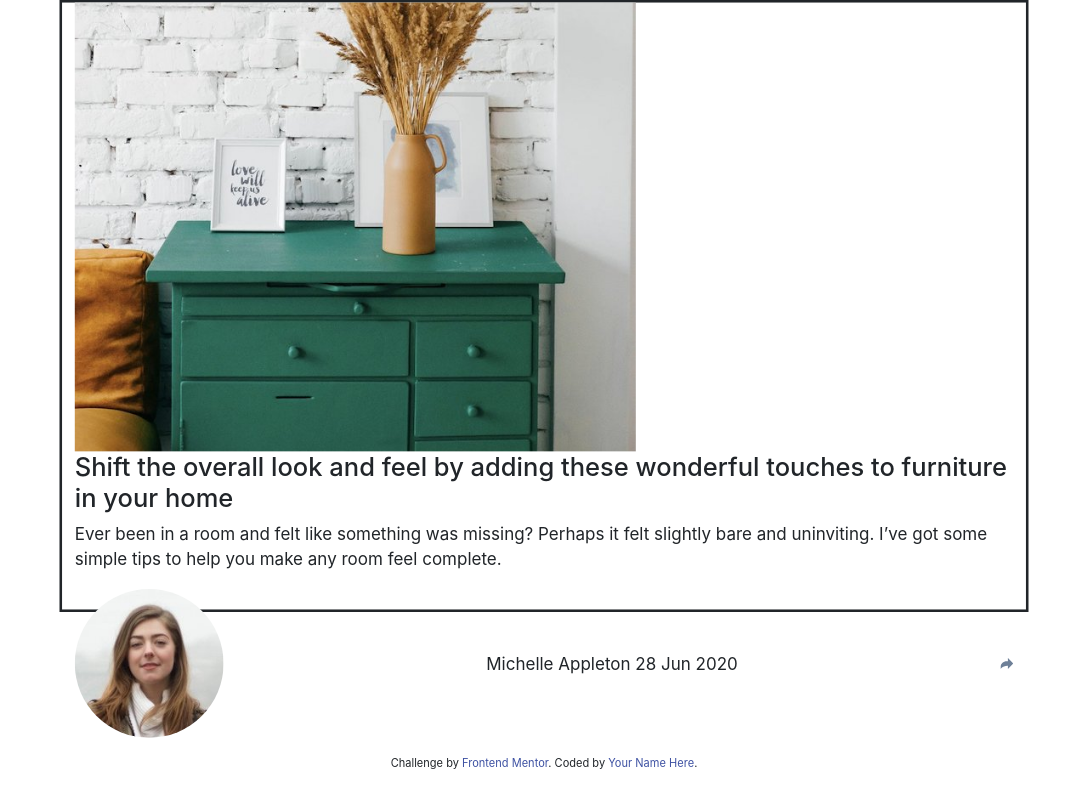
Repository: timiodulate/Article-Preview-Component
Page: index.html
An editor plug-in stored every save of this project. The page is shown before and after a run of saves, followed by the edit.
The browser window is 1280 px wide. The pictures show the whole page, at 85% of full size.

Above is the page before, as saved 2020-07-11 11:30:15.

### index.html
<!DOCTYPE html>
<html lang="en">
<head>
  <meta charset="UTF-8">
  <meta name="viewport" content="width=device-width, initial-scale=1.0"> <!-- displays site properly based on user's device -->

  <link rel="icon" type="image/png" sizes="32x32" href="./images/favicon-32x32.png">

  <!-- Bootstrap -->
  <link rel="stylesheet" href="./css/bootstrap.min.css">

  <!-- Custom Style -->
  <link rel="stylesheet" href="./css/style.css">

  <title>Frontend Mentor | Article preview component</title>
</head>
<body>

  <div class="container d-flex flex-column justify-content-between align-items-center" style="border: solid;">

    <div class="cardContainer d-flex-column align-items-center">

      <div class="imageContainer">

        <img src="./images/drawers.jpg" alt="" class="img-fluid">
      </div>

      <div class="textContainer ">
        <h4>
          Shift the overall look and feel by adding these wonderful
          touches to furniture in your home
        </h4>
        <p>
          Ever been in a room and felt like something was missing? Perhaps
          it felt slightly bare and uninviting. I’ve got some simple tips
          to help you make any room feel complete.
        </p>
        <div class="userDetails d-flex justify-content-between align-items-center">

          <img src="./images/avatar-michelle.jpg" alt="" class="rounded-circle img-fluid">
          <div class="nameDate">
            Michelle Appleton
            28 Jun 2020
          </div>
          <img src="./images/icon-share.svg" alt="">
        </div>
      </div>
    </div>
    <div class="attribution">
      Challenge by <a href="https://www.frontendmentor.io?ref=challenge" target="_blank">Frontend Mentor</a>.
      Coded by <a href="#">Your Name Here</a>.
    </div>
  </>

  <script src="https://code.jquery.com/jquery-3.5.1.slim.min.js" integrity="sha384-DfXdz2htPH0lsSSs5nCTpuj/zy4C+OGpamoFVy38MVBnE+IbbVYUew+OrCXaRkfj" crossorigin="anonymous"></script>
  <script src="./js/bootstrap.min.js"></script>
</body>
</html>

### css/style.css
@import url('http://fonts.googleapis.com/css?family=Raleway:400|Open+Sans:500');

/* Global Resets */
* {
    padding: 0;
    margin: 0;
    box-sizing: border-box;
}

html {
    font-size: 20px;

    /* font-family */
    --header: Raleway;
    --body: Open Sans;

    /* font-weight */
    --normal: 400;
    --bold: 700;

    /* color */
    --footer: hsl(243, 87%, 12%);
    --last-section: hsl(238, 22%, 44%);
    --button: hsl(224, 93%, 58%);
    --anchor: hsl(170, 45%, 43%);
    --card-bg: hsl(240, 75%, 98%);
    --placeholder: hsl(0, 0%, 75%);
    --text: white;
}

/* Dark mode */
/* html[data-theme = 'dark'] {

} */

body {
    height: 100vh;
    width: 100vw;
    /* background-image: url(../images/bg-intro-desktop.png); */
    /* background-color: var(--red); */
    /* background-blend-mode: screen; */
}

button {
    cursor: pointer;
    padding: 12px 50px;
    border: none;
    border-radius: .3rem;
    font-size: .7rem;
    font-family: var(--header), sans-serif;

    background-color: var(--button);
    color: white;
}

ul {
    list-style: none;
}

li {
    text-decoration: none;
}

a  {
    text-decoration: none;
}



/* header */
.container {
    width: 100%;
    height: 100%;
}

/* nav */



/* main */


/* section */



/* footer */
footer .footer-container {
    display: grid;
    grid-template-columns: repeat(4, 1fr);
    margin-bottom: 30px;
}
.attribution {
    font-size: 13px;
    text-align: center;
    /* color: var(--text); */
    padding: 20px;
}
.attribution a {
    color: hsl(228, 45%, 44%);
    text-decoration: none;
}



/* Media Queries - Responsiveness */
/* LG - Large Screen */
/* @media only screen and (max-width: 992px) {

} */

/* MD - Medium Screen */
/* @media only screen and (max-width: 765px) {
    body {
        justify-content: initial;
	height: fit-content;
    }

    footer .footer-container {
        grid-template-columns: 1fr;
        margin-bottom: 20px;
        row-gap: 15px;
    }

    .attribution {
        font-size: .6rem;
        padding: 20px 10px;
        color: white;
    }
} */

/* SM - Small Screen */
/* @media only screen and (max-width: 576px){

} */


/* @timiodulate css template */

Loaded but not shown: css/bootstrap.min.css (library); js/bootstrap.min.js (library)

After the next 2 saves:
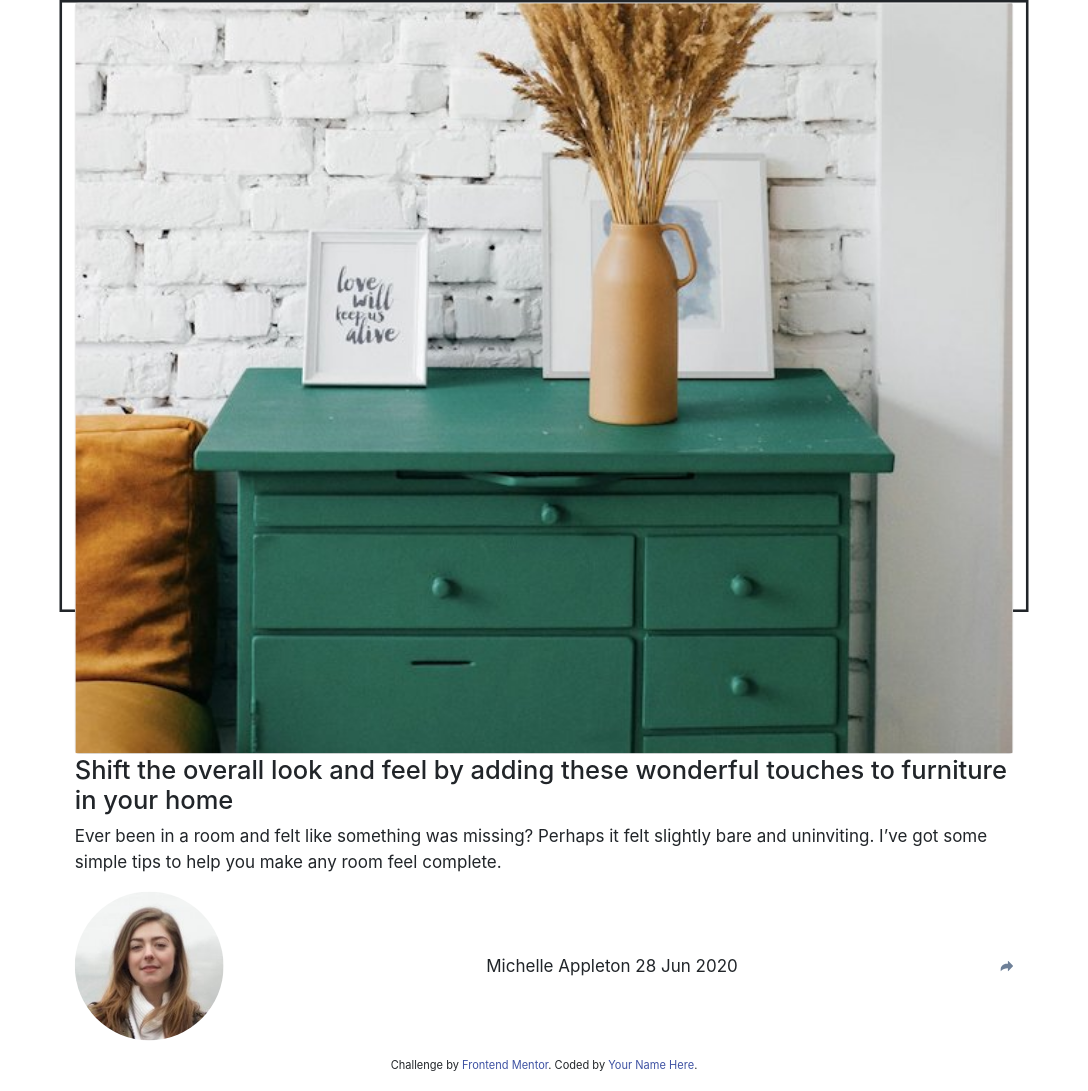
The 2 saves are shown as one change because they came seconds apart.
The last was saved 7 s later.
--- a/index.html
+++ b/index.html
@@ -20,7 +20,7 @@
 
     <div class="cardContainer d-flex-column align-items-center">
 
-      <div class="imageContainer">
+      <div class="imageContainer card">
 
         <img src="./images/drawers.jpg" alt="" class="img-fluid">
       </div>
